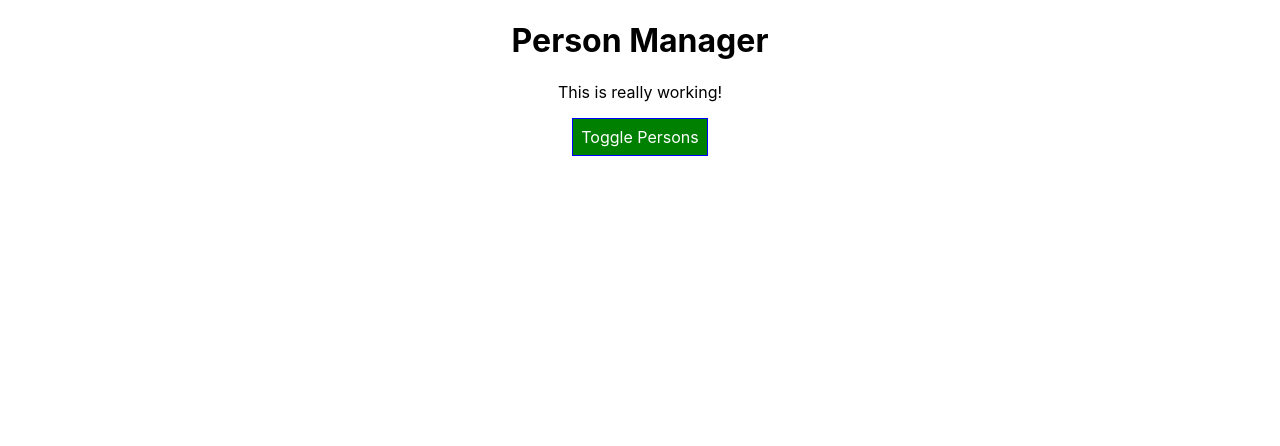
Repository: AidanHak/udemy-react-guide
Page: /
The author's editor kept a copy of each file at every save. The page is drawn from the files as they stood at one save, then again after a run of saves.
The browser window is 1280 px wide. The pictures show the whole page.
The project was rebuilt for these pictures with package versions that can differ from the ones it lists, and the page was loaded fresh each time. Also part of the build but not shown: src/components/ErrorBoundary/ErrorBoundary.js.

Above is the page before, as saved 2021-03-09 14:42:44.

After the next 2 saves:
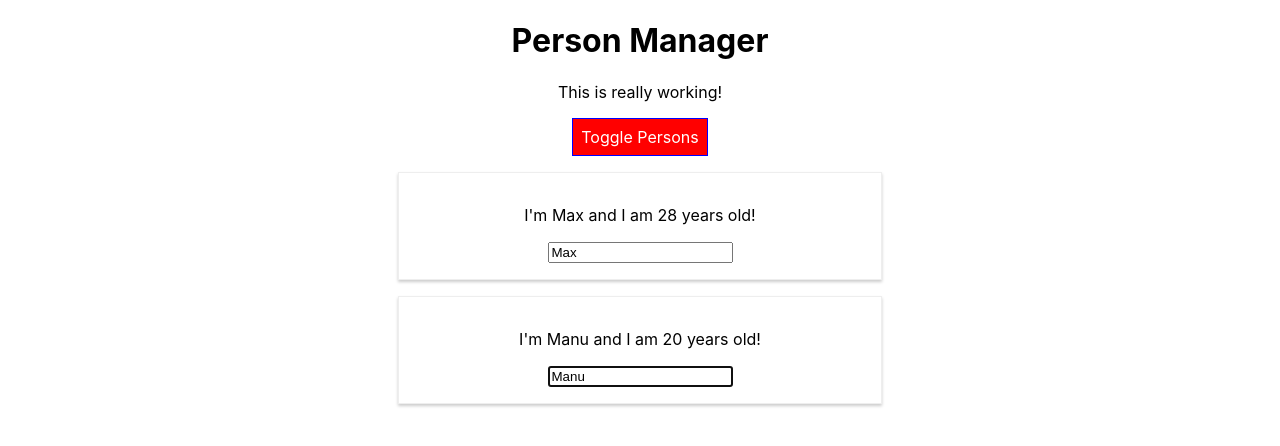
The 2 saves are shown as one change because 1 did not build or start.
The last was saved 6 min 56 s later.
--- a/src/components/Cockpit/Cockpit.js
+++ b/src/components/Cockpit/Cockpit.js
@@ -1,7 +1,32 @@
-import React from 'react';
+import React, { useEffect, useRef } from 'react';
 import styles from './Cockpit.module.css';
 
 const cockpit = (props) => {
+	const toggleBtnRef = useRef(null);
+
+	// useEffect can be used more than once (with different dependencies)
+	useEffect(() => {
+		console.log('[Cockpit.js] useEffect');
+
+		// Imitate an HTTP request
+		// setTimeout(() => {
+		// 	alert('Saved data to the cloud!');
+		// }, 1000);
+
+		toggleBtnRef.current.click();
+
+		return () => {
+			console.log('[Cockpit.js] cleanup work in useEffect');
+		}
+	}, []); // useEffect only executes when values in array change (i.e. `props.persons`)
+
+	useEffect(() => {
+		console.log('[Cockpit.js] 2nd useEffect');
+		return () => {
+			console.log('[Cockpit.js] cleanup work in 2nd useEffect');
+		}
+	});
+
 	const assignedClasses = [];
 	let btnClass = '';
 	if (props.showPersons) {
@@ -22,8 +47,11 @@ const cockpit = (props) => {
 			<button
 				//style={style}
 				//altStyle={this.state.showPersons}
+				ref={toggleBtnRef}
 				className={btnClass}
-				onClick={props.clicked}>Toggle Persons
+				onClick={props.clicked}
+			>
+				Toggle Persons
 			</button>
 		</div>
 	);
